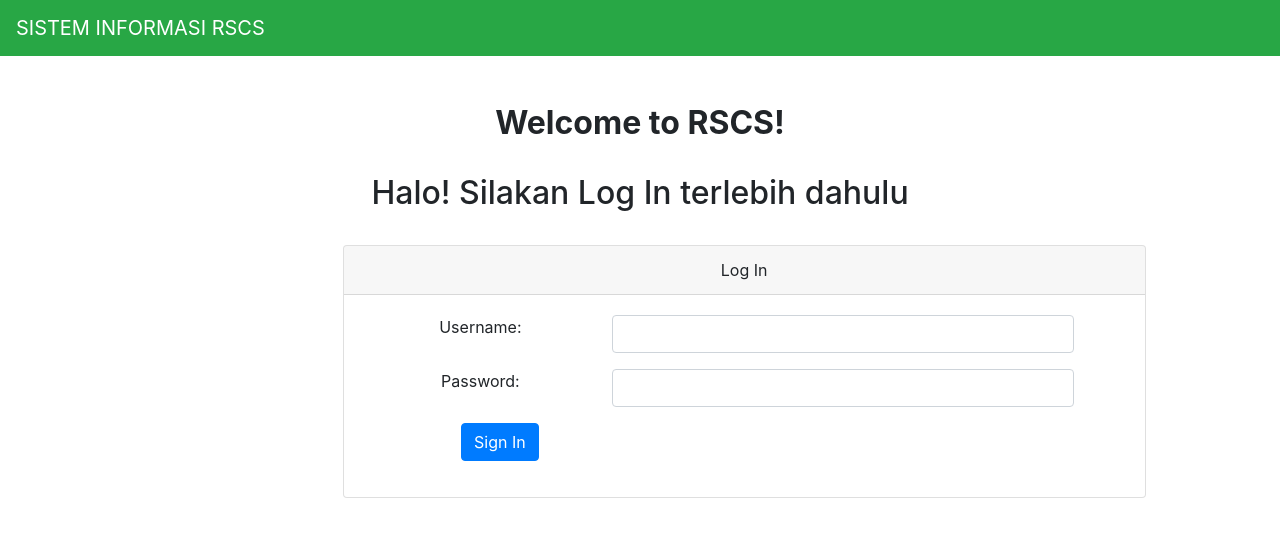
Repository: usamah1707/Tugas-Akhir-Kelompok-6
Page: http://localhost/login
An editor plug-in stored every save of this project. The page is shown before and after the next save, followed by the edit.
The browser window is 1280 px wide. The pictures show the whole page.
The page is this project's Thymeleaf template; nobody is signed in. The template is opened directly, without the code that normally fills it, so the values that code supplies are empty.

Above is the page before, as saved 2019-06-04 07:40:14.

### TA_6/src/main/resources/templates/login.html
<!DOCTYPE html>
<html xmlns:th="http://www.thymeleaf.org">

<head>
<title>Home</title>

<object th:include="fragments/fragment :: css" th:remove="tag"></object>
<object th:include="fragments/fragment :: js" th:remove="tag"></object>
</head>

<nav th:replace="fragments/login-frag :: navbar"></nav>

<body>
	<div class="container-fluid">

		<div class="row">
			<span class="col-md-3"></span>
			<div class="col-md-12">
				<br> &nbsp
				<h2 align="center">
					<strong>Welcome to RSCS!</strong>
				</h2>
				<br>
				<div class="row" align="center">
					<div class="col-md-12">

						<div class="container-fluid">
							<h2 align="center">Halo! Silakan Log In terlebih dahulu</h2>
							<br>
							<div class="row">
								<span class="col-md-3"></span>
								<div class="col-md-8">

									<div class="card">
										<div class="card-header">Log In</div>
										<div class="card-body">
											<div th:if="${param.error}">
												<span style="color: red">Invalid username or password</span>
											</div>
											<form th:action="@{/login}" method="POST">
												<div class="row form-group">
													<label class="col-sm-4">Username:</label> <input
														type="text" class="col-sm-7 form-control input-sm"
														name="username">
												</div>
												<div class="row form-group">
													<label class="col-sm-4">Password:</label> <input
														type="password" class="col-sm-7 form-control input-sm"
														name="password">
												</div>
												<div class="row form-group">


													&nbsp &nbsp &nbsp &nbsp &nbsp &nbsp &nbsp &nbsp &nbsp &nbsp &nbsp &nbsp &nbsp
													<button type="submit" class="btn btn-primary"
														align="center">Sign In</button>
												</div>
											</form>
											<div class="container-fluid"></div>
										</div>
									</div>
								</div>
							</div>
</body>

</html>

### TA_6/src/main/resources/templates/fragments/fragment.html
<!DOCTYPE html>
<html xmlns:th="http://www.thymeleaf.org">

<head>
    <title>Home</title>
	<head th:fragment="metas">
		<meta charset="utf-8">
    	<meta name="viewport" content="width=device-width, initial-scale=1, shrink-to-fit=no">
	</head>
    <head th:fragment="css">
    	<link rel="stylesheet" th:href="@{/css/style.css}">
        <link rel="stylesheet" th:href="@{/css/bootstrap.min.css}">

    </head>

    <head th:fragment="js">
    	<script
  src="https://code.jquery.com/jquery-3.3.1.js"
  integrity="sha256-2Kok7MbOyxpgUVvAk/HJ2jigOSYS2auK4Pfzbm7uH60="
  crossorigin="anonymous"></script>
        <script th:src="@{/js/bootstrap.min.js}"></script>
    </head>
</head>

<body>
    <nav th:fragment="navbar" class="navbar navbar-expand-lg navbar-dark bg-success">
        <a class="navbar-brand" th:href="@{/}">RSCS</a>
        <div class="collapse navbar-collapse" id="navbarSupportedContent">
            <ul class="navbar-nav mr-auto">
                <li class="nav-item active">
                    <a class="nav-link" th:href="@{/}">Home</a>
                </li>

                <li class="nav-item active">
                    <a class="nav-link" th:href="@{/lab/kebutuhan}">Reagen</a>
                </li>
                 <li class="nav-item active">
                    <a class="nav-link" th:href="@{/lab/pemeriksaan}">Lab</a>
                </li>
                <li class="nav-item active">
                    <a class="nav-link" th:href="@{/lab/jadwal-jaga/view}">Jadwal Jaga</a>
                </li>
                 <li class="nav-item active">
                    <a class="nav-link" th:href="@{/lab/stok}">Stock Lab</a>
                </li>
            </ul>
            <ul class="navbar-nav pull-right">
            	<li class="nav-item active">
            		<a class="nav-link" th:href="@{/logout}">Logout</a>
            	</li>
            </ul>
        </div>
    </nav>
</body>

</html>

### TA_6/src/main/resources/templates/fragments/login-frag.html
<!DOCTYPE html>
<html xmlns:th="http://www.thymeleaf.org">

<head>
    <title>Home</title>
    <head th:fragment="metas">
        <meta charset="utf-8">
        <meta name="viewport" content="width=device-width, initial-scale=1, shrink-to-fit=no">
    </head>
    <head th:fragment="css">
        <link rel="stylesheet" th:href="@{/css/style.css}">
        <link rel="stylesheet" th:href="@{/css/bootstrap.min.css}">

    </head>

    <head th:fragment="js">
        <script
                src="https://code.jquery.com/jquery-3.3.1.js"
                integrity="sha256-2Kok7MbOyxpgUVvAk/HJ2jigOSYS2auK4Pfzbm7uH60="
                crossorigin="anonymous"></script>
        <script th:src="@{/js/bootstrap.min.js}"></script>
    </head>
</head>

<body>
<nav th:fragment="navbar" class="navbar navbar-expand-lg navbar-dark bg-success">
    <a class="navbar-brand" style="text-align-all: center" th:href="@{/}">SISTEM INFORMASI RSCS</a>
</nav>
</body>

</html>

### TA_6/src/main/resources/static/css/style.css
body {
  background: #34495e;
  font: normal 300 18px "Roboto", sans-serif;
}

#menu-nav {
  max-width: 1000px;
  margin: 130px auto;
  background-color: #ecf0f1;
  border-radius: 4px;
  box-shadow: 0 2px 5px rgba(0, 0, 0, 0.3);
}

#navigation-bar ul {
  border-radius: 4px;
  overflow: hidden;
}
#navigation-bar li {
  float: left;
  width: 20%;
}
#navigation-bar li:hover a::before {
  right: 0;
  left: 0;
}
#navigation-bar a {
  color: #848484;
  font-size: 20px;
  text-decoration: none;
  text-align: center;
  padding: 20px 0;
  display: block;
  position: relative;
  transition: all 0.3s ease;
}
#navigation-bar a:hover {
  color: #e74c3c;
}
#navigation-bar a::before {
  content: "";
  transition: all 0.4s ease-in-out;
  position: absolute;
  right: 50%;
  left: 50%;
  bottom: 0;
  height: 2px;
  background-color: #e74c3c;
}
#navigation-bar a:hover::before {
  right: 0;
  left: 0;
}

li {
	list-style: none;
}

Loaded but not shown: TA_6/src/main/resources/static/css/bootstrap.min.css (library); TA_6/src/main/resources/static/js/bootstrap.min.js (library)

After the next save:
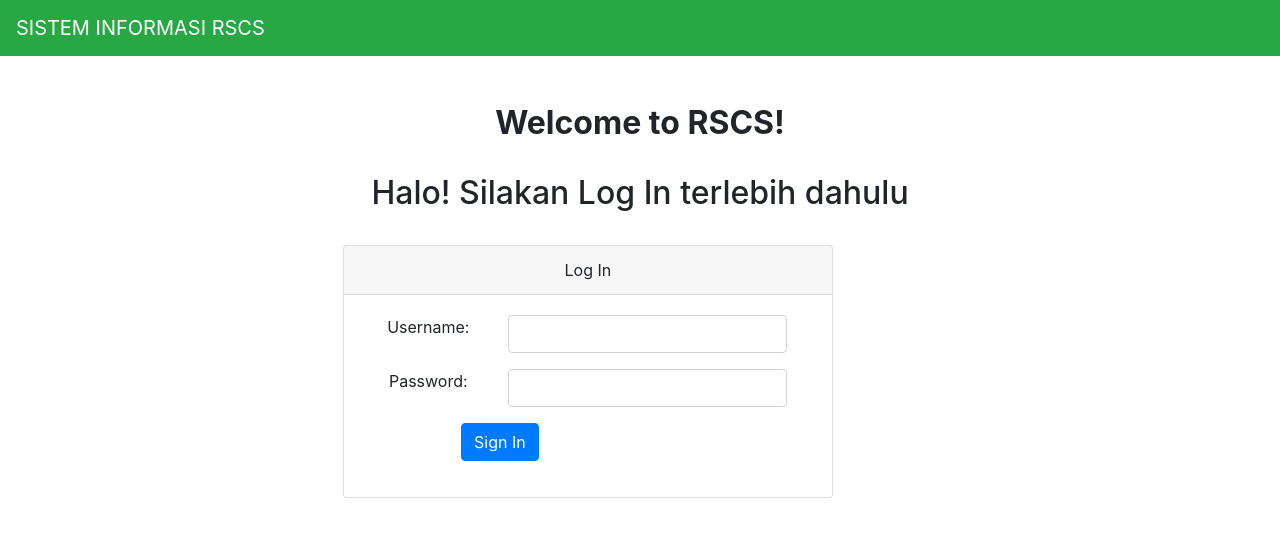
Saved 28 s later.
--- a/TA_6/src/main/resources/templates/login.html
+++ b/TA_6/src/main/resources/templates/login.html
@@ -29,7 +29,7 @@
 							<br>
 							<div class="row">
 								<span class="col-md-3"></span>
-								<div class="col-md-8">
+								<div class="col-md-5">
 
 									<div class="card">
 										<div class="card-header">Log In</div>
